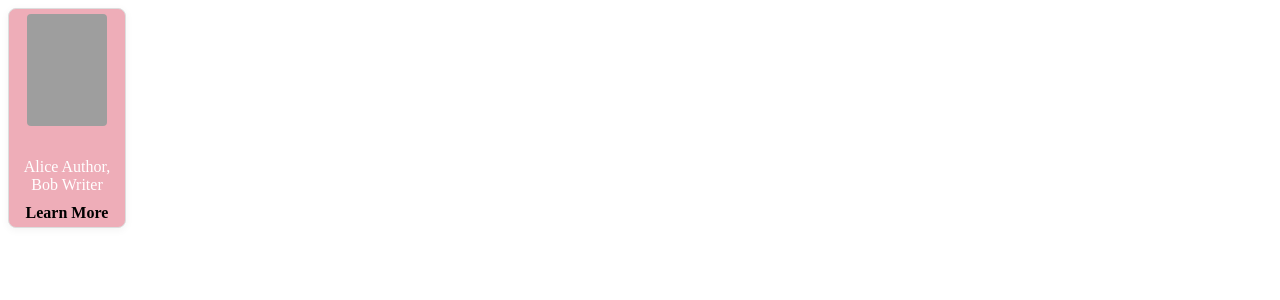
Repository: Micaelavalmores/BookCatalog
Page: /
An editor plug-in stored every save of this project. The page is shown before and after the next save, followed by the edit.
The browser window is 1280 px wide. The pictures show the whole page.
Pictures or frames that could not be fetched are drawn as grey boxes. The project was rebuilt for these pictures with package versions that can differ from the ones it lists, and the page was loaded fresh each time. Also part of the build but not shown: vite.config.js, src/index.css.

Above is the page before, as saved 2025-09-16 22:51:25.

### index.html
<!doctype html>
<html lang="en">
  <head>
    <meta charset="UTF-8" />
    <meta name="viewport" content="width=device-width, initial-scale=1.0" />
    <title>Book Catalog</title>
  </head>
  <body>
    <div id="root"></div>
    <script type="module" src="/src/main.jsx"></script>
  </body>
</html>

### src/main.jsx
import React from 'react';
import { createRoot } from 'react-dom/client';
import './index.css';
import Book from './assets/book.jsx';

const root = createRoot(document.getElementById("root"));

root.render(
  <React.StrictMode>
    <Book
      image="https://img.freepik.com/free-vector/stack-colorful-books_1308-171744.jpg?semt=ais_incoming&w=740&q=80"
      authors="Alice Author, Bob Writer"
      link="https://example.com/book-info"
    />
  </React.StrictMode>
);

### src/assets/book.jsx

import React from "react";
import "./book.css";

const book = ({ image, title, authors, link }) => (
  <div className="book-container">
    <img className="book-image" src={image} alt={title} />
    <div className="book-info">
      <h2 className="book-title">{title}</h2>
      <p className="book-authors">{authors}</p>
      <a className="book-link" href={link} target="_blank" rel="noopener noreferrer">
        Learn More
      </a>
    </div>
  </div>
);

export default book;

### src/assets/book.css
.book-container {
    max-width: 6em;
    border: 1px solid #ddd;
    border-radius: 8px;
    padding: 5px 10px;
    display: flex;
    flex-direction: column;
    align-items: center;
    background: #fff;
    box-shadow: 0 2px 8px rgba(0,0,0,0.05);
    background: rgb(238, 173, 184);
  }

  .book-image {
    width: 5em;
    height: 7em;
    object-fit: cover;
    margin-bottom: 12px;
    border-radius: 4px;
  }

  .book-info {
    width: 100%;
    text-align: center;
  }


  .book-authors {
    color: #ffffff;
    margin-bottom: 10px;
  }

  .book-link {
    display: inline-block;
    color: #000000;
    text-decoration: none;
    font-weight: bold;
    transition: color 0.2s;
  }

  .book-link:hover {
    color: #0056b3;
  }

After the next save:
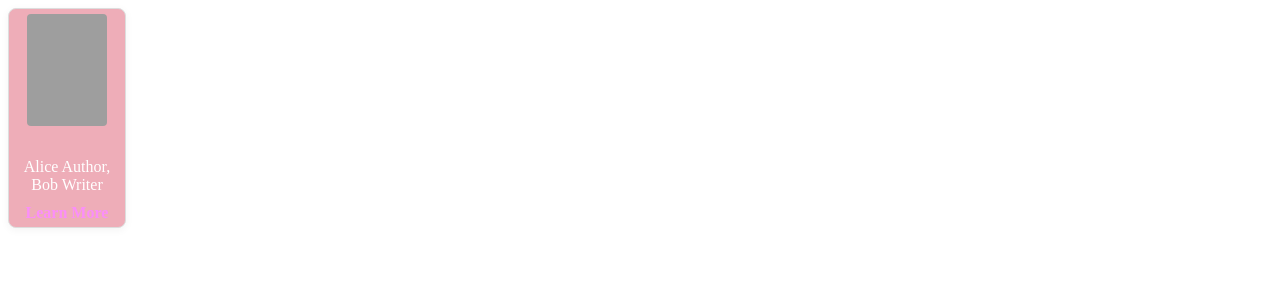
Saved 13 s later.
--- a/src/assets/book.css
+++ b/src/assets/book.css
@@ -32,7 +32,7 @@
 
   .book-link {
     display: inline-block;
-    color: #000000;
+    color: #fb8ef9;
     text-decoration: none;
     font-weight: bold;
     transition: color 0.2s;
